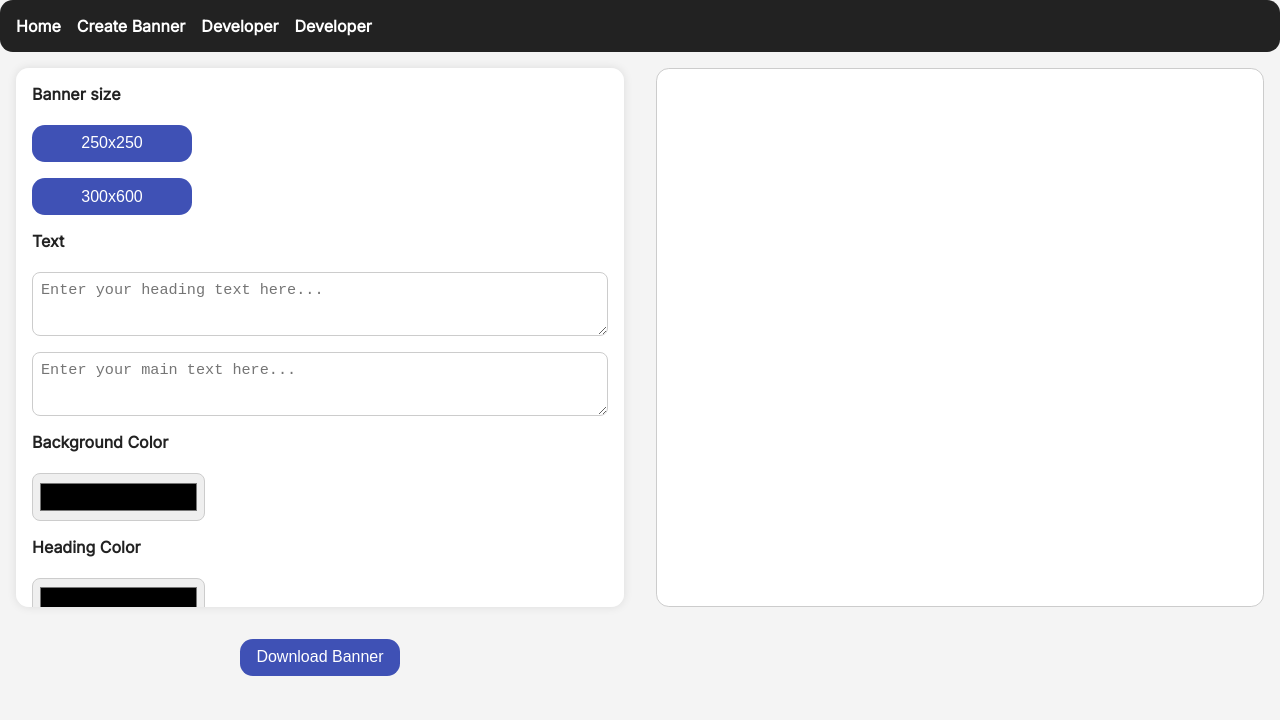
Repository: Yuravolontir/--Baner-Editor--
Page: banner.html
An editor plug-in stored every save of this project. The page is shown before and after the next save, followed by the edit.
The browser window is 1280 px wide. The pictures show the whole page.
An inner scrolling area shows only its first screen.

Above is the page before, as saved 2025-07-15 22:37:31.

### banner.html
<!DOCTYPE html>
<html lang="en">
<head>
    <meta charset="UTF-8">
    <meta name="viewport" content="width=device-width, initial-scale=1.0">
    <title>Document</title>
    <link rel="stylesheet" href="/styles/styles.css">
    <script type="module" src="/scripts/index.js"></script>
    <link href="https://fonts.googleapis.com/css2?family=Be+Vietnam+Pro&family=DM+Sans&family=Figtree&family=Inter&family=Manrope&family=Outfit&family=Rubik&family=Space+Grotesk&family=Sora&family=Urbanist&display=swap" rel="stylesheet">



<!-- Include html2canvas library for capturing the banner as an image-->
<script src="https://cdn.jsdelivr.net/npm/html2canvas@1.4.1/dist/html2canvas.min.js"></script>






</head>
<body>

<nav>
    <ul>
    <li><a href="/dashboard.html">Home</a></li>
    <li><a href="/banner.html">Create Banner</a></li>
    <li><a href="/thanks-to-developer.html">Developer</a></li>
    <li><a href="/thanks-to-developer.html">Developer</a></li>
    </ul>
</nav>
<div id="banner-builder-container">
<div id="controls-section">
<h3>Banner size</h3>
<button id="250X250">250x250</button>
<button id="300X600">300x600</button>
<h3>Text</h3>
<textarea id="bannerHeading" placeholder="Enter your heading text here..."></textarea>
<textarea id="bannerText" placeholder="Enter your main text here..."></textarea>
<h3>Background Color</h3>
<input type="color" id="BackgroundColor">

<h3>Heading Color</h3>
<input type="color" id="HeadingColor">

<h3>Text Color</h3>
<input type="color" id="TextColor">

<h3>Choose heading font</h3>
<select id="head-font">
  <option value="Courier New">Courier New</option>
  <option value="Inter">Inter</option>
  <option value="Poppins">Poppins</option>
  <option value="Space Grotesk">Space Grotesk</option>
  <option value="Outfit">Outfit</option>
  <option value="Manrope">Manrope</option>
  <option value="Sora">Sora</option>
  <option value="Figtree">Figtree</option>
  <option value="Rubik">Rubik</option>
  <option value="Urbanist">Urbanist</option>
  <option value="DM Sans">DM Sans</option>
</select>

<h3>Choose text font</h3>
<select id="text-font">
  <option value="Courier New">Courier New</option>
  <option value="Inter">Inter</option>
  <option value="Poppins">Poppins</option>
  <option value="Space Grotesk">Space Grotesk</option>
  <option value="Outfit">Outfit</option>
  <option value="Manrope">Manrope</option>
  <option value="Sora">Sora</option>
  <option value="Figtree">Figtree</option>
  <option value="Rubik">Rubik</option>
  <option value="Urbanist">Urbanist</option>
  <option value="DM Sans">DM Sans</option>
</select>

<h3>Banner Heading Font-size</h3>
<input type="number" id="headingFontSize" placeholder="Enter font size in px" value="24">
<h3>Banner Text Font-size</h3>
<input type="number" id="textFontSize" placeholder="Enter font size in px" value="16">

<h3>Choose Design Style</h3>
<select id="designStyle">
  <option value="minimal">Minimal Clean</option>
  <option value="bold">Bold & Colorful</option>
  <option value="pixel">Retro Pixel</option>
</select>


</div>
<div id="preview">

</div>
<button id="downloadBanner">Download Banner</button>
</div>
</body>
</html>

### styles/styles.css
/* styles.css */

:root {
  --font-main: 'Inter', sans-serif;
  --color-bg: #f4f4f4;
  --color-dark: #222;
  --color-accent: #3f51b5;
  --control-bg: #fff;
  --border-radius: 0.8rem;
  --spacing: 1rem;
}

* {
  margin: 0;
  padding: 0;
  box-sizing: border-box;
}

html, body {
  font-family: var(--font-main);
  background-color: var(--color-bg);
  color: var(--color-dark);
  height: 100%;
  overflow: hidden;
}

body {
  display: flex;
  flex-direction: column;
  padding: 0;
}

nav ul {
  list-style: none;
  display: flex;
  gap: 1rem;
  background-color: var(--color-dark);
  padding: 1rem;
  border-radius: var(--border-radius);
  overflow-x: auto;
}

nav a {
  color: white;
  text-decoration: none;
  font-weight: bold;
  white-space: nowrap;
}

#banner-builder-container {
  display: grid;
  grid-template-columns: 1fr 1fr;
  gap: 2rem;
  padding: 1rem;
  height: calc(100vh - 80px);
  overflow: hidden;
}

#controls-section {
  display: flex;
  flex-direction: column;
  gap: 1rem;
  background-color: var(--control-bg);
  padding: 1rem;
  border-radius: var(--border-radius);
  box-shadow: 0 0 10px rgba(0, 0, 0, 0.1);
  overflow-y: auto;
  max-height: 100%;
}

#controls-section h3 {
  margin-bottom: 0.3rem;
  font-size: 1rem;
}

#controls-section input[type="color"],
#controls-section input[type="number"],
#controls-section select,
#controls-section textarea {
  width: 100%;
  padding: 0.5rem;
  font-size: 0.95rem;
  border: 1px solid #ccc;
  border-radius: 0.5rem;
}

#controls-section input[type="color"]
{
  width: 30%;
  height: auto;
  padding: 0.3rem;
  font-size: 0.95rem;
  border: 1px solid #ccc;
  border-radius: 0.5rem;
  min-height: 3rem;

}

#controls-section textarea {
  min-height: 4rem;
  resize: vertical;
}

button {
  background-color: var(--color-accent);
  color: white;
  border: none;
  padding: 0.6rem 1rem;
  font-size: 1rem;
  border-radius: var(--border-radius);
  cursor: pointer;
  transition: background-color 0.2s ease;
  width: 10rem;

}
#downloadBanner{
  margin-left: auto;
  margin-right: auto;
}

button:hover {
  background-color: #2c3e91;
}

#preview {
  background-color: white;
  border: 1px solid #ccc;
  min-height: 40vh;
  display: flex;
  justify-content: center;
  align-items: center;
  padding: 1rem;
  border-radius: var(--border-radius);
  overflow: auto;
  height: 100%;
}

@media (max-width: 768px) {
  #banner-builder-container {
    grid-template-columns: 1fr;
    grid-template-rows: auto 1fr;
    height: auto;
  }

  #controls-section {
    max-height: none;
    height: auto;
  }

  #preview {
    height: 50vh;
    margin-top: 1rem;
  }
}

### scripts/index.js
import {createBanner, updateBannerHeading, updateBannerText, updateBannerColor,updateBannerHeadingColor , updateBannerTextColor,updateHeadingFont , updateTextFont, updateHeadingFontSize, updateTextFontSize, updateDesignStyle} from "./banner.js";




document.getElementById("250X250").addEventListener('click', createBanner);
document.getElementById("300X600").addEventListener('click', createBanner);


document.getElementById("bannerHeading").addEventListener('input', updateBannerHeading);

document.getElementById("bannerText").addEventListener('input', updateBannerText);

document.getElementById("BackgroundColor").addEventListener('input', updateBannerColor);

document.getElementById("HeadingColor").addEventListener('input', updateBannerHeadingColor);

document.getElementById("TextColor").addEventListener('input', updateBannerTextColor);

document.getElementById("head-font").addEventListener('input', updateHeadingFont);

document.getElementById("text-font").addEventListener('input', updateTextFont);

document.getElementById("headingFontSize").addEventListener('input', updateHeadingFontSize)

document.getElementById("textFontSize").addEventListener('input', updateTextFontSize);

document.getElementById("designStyle").addEventListener("change", updateDesignStyle);



// Add event listener for the download button
document.getElementById("downloadBanner").addEventListener("click", () => {
    const banner = document.getElementById("generatedBanner");
    if (!banner) return;

    html2canvas(banner).then(canvas => {
        const link = document.createElement("a");
        link.download = "my-banner.png";
        link.href = canvas.toDataURL();
        link.click();
    });
});
// Add event listener for the download button

### scripts/banner.js





export function createBanner(event) {
    event.preventDefault();
    const blank = document.querySelector("#preview");
    blank.innerHTML = "";
    const div = document.createElement("div");
    div.id = "generatedBanner"; // So we can update it later

    if (event.target.id === "300X600")
    {
    div.style.width = "300px";
    div.style.height = "600px";
    }
     if (event.target.id === "250X250")
    {
     div.style.width = "250px";
     div.style.height = "250px";
    }

    div.style.border = "1px solid black";
    div.style.background = "white";

    const h1 = document.createElement("h1");
    h1.id = "bannerH1"; // So we can update it
    h1.style.textAlign = "center";
    h1.textContent = document.getElementById("bannerHeading").value;

    const pre = document.createElement("pre");
    pre.id = "bannerPre"; // So we can update it
    pre.style.textAlign = "center";
    pre.textContent = document.getElementById("bannerText").value;

    div.appendChild(h1);
    div.appendChild(pre);

    blank.appendChild(div);
}
export function updateBannerHeading() {
    const h1 = document.getElementById("bannerH1");
    if (h1) {
        h1.textContent = document.getElementById("bannerHeading").value;
    }
}

export function updateBannerText() {
        const pre = document.getElementById("bannerPre");
    if (pre) {
        pre.textContent = document.getElementById("bannerText").value;
    }
}


export function updateBannerColor() {
    const div = document.getElementById("generatedBanner");
    if (div) {
        div.style.backgroundColor = document.getElementById("BackgroundColor").value;
    }
}

export function updateBannerHeadingColor() {
            const h1= document.getElementById("bannerH1");
    if (h1) {
        h1.style.color = document.getElementById("HeadingColor").value;
    }
}

export function updateBannerTextColor() {
        const pre = document.getElementById("bannerPre");
    if (pre) {
        pre.style.color = document.getElementById("TextColor").value;
    }
}

export function updateHeadingFont() {
    const h1 = document.getElementById("bannerH1");
    if (h1) {
        h1.style.fontFamily = document.getElementById("head-font").value;
    }
}
export function updateTextFont() {
    const pre = document.getElementById("bannerPre");
    if (pre) {
        pre.style.fontFamily = document.getElementById("text-font").value;
    }
}

export function updateHeadingFontSize() {
    const h1 = document.getElementById("bannerH1");
    if (h1) {
        h1.style.fontSize = document.getElementById("headingFontSize").value + "px";
    }
}
export function updateTextFontSize() {
    const pre = document.getElementById("bannerPre");
    if (pre) {
        pre.style.fontSize = document.getElementById("textFontSize").value + "px";
    }
}

export function updateDesignStyle() {
    const div = document.getElementById("generatedBanner");
    const style = document.getElementById("designStyle").value;

    if (!div) return;

    // Reset all first
    div.style.border = "";
    div.style.background = "";
    div.style.color = "";
    div.style.fontFamily = "";

    switch (style) {
        case "minimal":
            div.style.background = "white";
            div.style.color = "#222";
            div.style.border = "1px solid #ccc";
            div.style.fontFamily = "Inter";
            break;

        case "bold":
            div.style.background = "linear-gradient(135deg, #ff6b6b, #6a00f4)";
            div.style.color = "white";
            div.style.border = "none";
            div.style.fontFamily = "Rubik";
            break;

        case "pixel":
            div.style.background = "black";
            div.style.color = "#00ff00";
            div.style.border = "2px solid #444";
            div.style.fontFamily = "'Press Start 2P'";
            break;
    }
}

Loaded but not shown: styles/banner.css (no stored copy; drawn as an empty file)

After the next save:
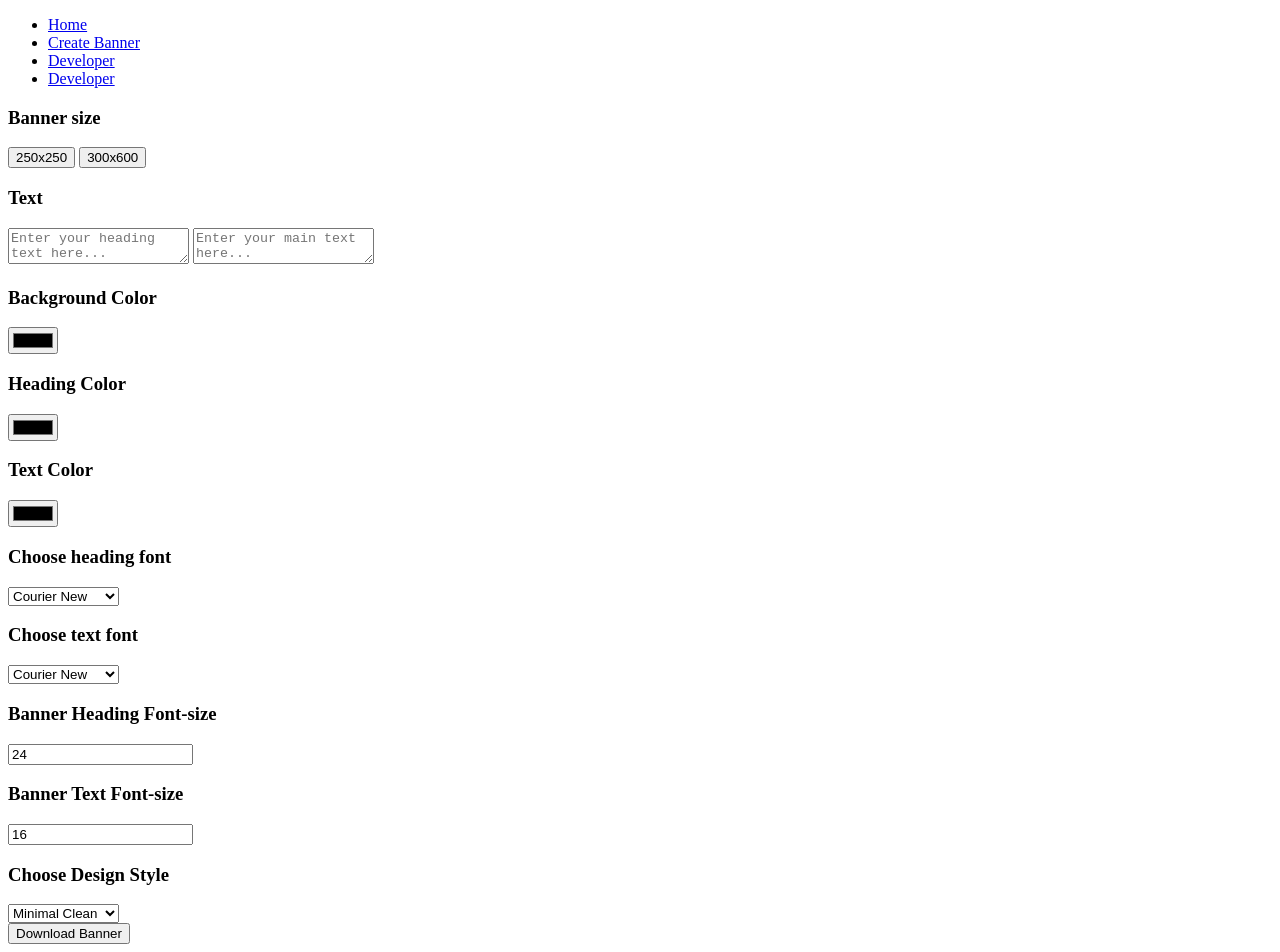
Saved 32 s later.
--- a/banner.html
+++ b/banner.html
@@ -4,7 +4,7 @@
     <meta charset="UTF-8">
     <meta name="viewport" content="width=device-width, initial-scale=1.0">
     <title>Document</title>
-    <link rel="stylesheet" href="/styles/styles.css">
+    <link rel="stylesheet" href="/styles/banner.css">
     <script type="module" src="/scripts/index.js"></script>
     <link href="https://fonts.googleapis.com/css2?family=Be+Vietnam+Pro&family=DM+Sans&family=Figtree&family=Inter&family=Manrope&family=Outfit&family=Rubik&family=Space+Grotesk&family=Sora&family=Urbanist&display=swap" rel="stylesheet">
 
